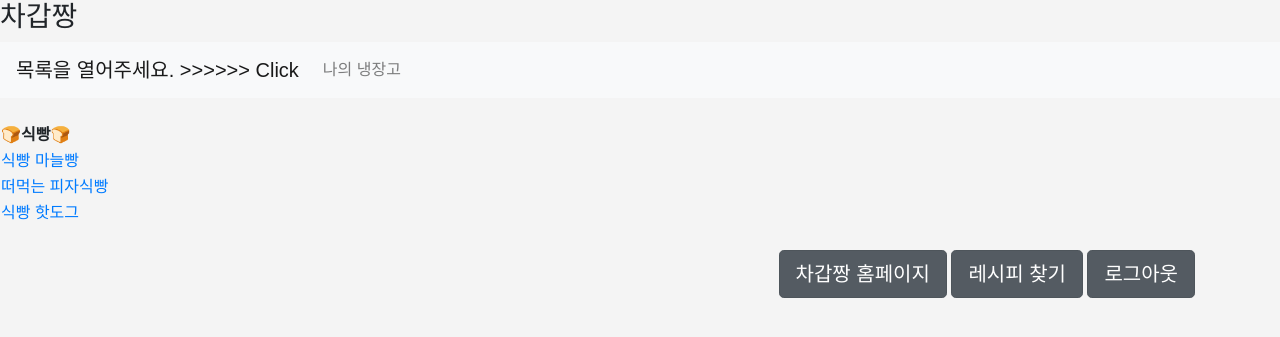
Repository: yousunning/coldzzang-miniproject
Page: http://localhost/cold/WEB-INF/views/bread.jsp
An editor plug-in stored every save of this project. The page is shown before and after the next save, followed by the edit.
The browser window is 1280 px wide. The pictures show the whole page.
The page is served by Tomcat 9. Nobody is signed in. Other server files are loaded and not shown. The template is opened directly, without the code that normally fills it, so the values that code supplies are empty.

Above is the page before, as saved 2024-01-24 00:30:25.

### cold/src/main/webapp/WEB-INF/views/bread.jsp
<%@ page language="java" contentType="text/html; charset=UTF-8"
    pageEncoding="UTF-8"%>
<!DOCTYPE html>

<html>
<head>
    <title>차갑짱 레시피</title>
    <meta name="viewport" content="width=device-width, initial-scale=1">
    <!-- Bootstrap CSS -->
    <link href="https://stackpath.bootstrapcdn.com/bootstrap/4.3.1/css/bootstrap.min.css" rel="stylesheet">
 <style>

        body {
            background-color: #f4f4f4;
            font-family: 'Arial', sans-serif;
        }
  </style>
</head>
<body>
    <h3>차갑짱</h3>
    <nav class="navbar navbar-expand-lg navbar-light bg-light">
        <a class="navbar-brand" href="/food/List/login">목록을 열어주세요. >>>>>> Click</a>
        <button class="navbar-toggler" type="button" data-toggle="collapse" data-target="#navbarNav" aria-controls="navbarNav" aria-expanded="false" aria-label="Toggle navigation">
            <span class="navbar-toggler-icon"></span>
        </button>
        <div class="collapse navbar-collapse" id="navbarNav">
            <ul class="navbar-nav">
                <li class="nav-item">
                    <a class="nav-link" href="/food/List/myRefrigerator">나의 냉장고</a>
                </li>
            </ul>
        </div>
    </nav>

    </div>
    <br>
   <table>
  <!-- Meat Dishes Section -->
  <tr>
    <th>🍞식빵🍞</th>
  </tr>
  <tr>
  <td><a href ="https://www.10000recipe.com/recipe/6833972" role="button" aria-pressed="ture">식빵 마늘빵</a></td>
  </tr>
  <tr>
  <td><a href ="https://www.10000recipe.com/recipe/6882613" role="button" aria-pressed="ture">떠먹는 피자식빵</a></td>
  </tr>
  <tr>
  <td><a href ="https://www.10000recipe.com/recipe/6857983" role="button" aria-pressed="ture">식빵 핫도그</a></td>
  </tr>
</table>

    <!-- 메인 컨텐츠 -->
    <div class="container mt-4" style="text-align:right;">
    <!-- 링크를 버튼처럼 스타일링 -->
    <a href="/food/List/homepage" class="btn btn-secondary btn-lg active" role="button" aria-pressed="true">차갑짱 홈페이지</a>
    <a href="/food/List/recipe" class="btn btn-secondary btn-lg active" role="button" aria-pressed="true">레시피 찾기</a>
    <a href="/food/List/login" class="btn btn-secondary btn-lg active" role="button" aria-pressed="true">로그아웃</a>
</div>
    <!-- jQuery, Popper.js, Bootstrap JS -->
    <script src="https://code.jquery.com/jquery-3.3.1.slim.min.js"></script>
    <script src="https://cdnjs.cloudflare.com/ajax/libs/popper.js/1.14.7/umd/popper.min.js"></script>
    <script src="https://stackpath.bootstrapcdn.com/bootstrap/4.3.1/js/bootstrap.min.js"></script>
</body>
</html>

After the next save:
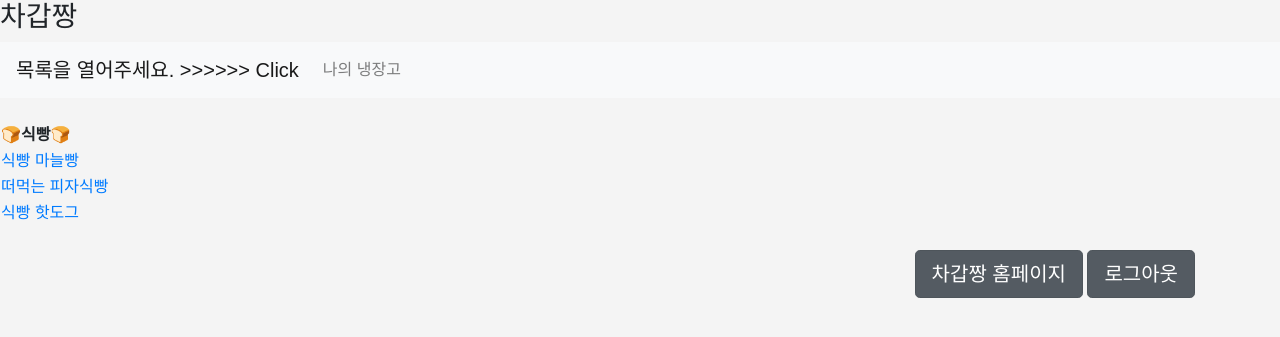
Saved 10 s later.
--- a/cold/src/main/webapp/WEB-INF/views/bread.jsp
+++ b/cold/src/main/webapp/WEB-INF/views/bread.jsp
@@ -54,7 +54,6 @@
     <div class="container mt-4" style="text-align:right;">
     <!-- 링크를 버튼처럼 스타일링 -->
     <a href="/food/List/homepage" class="btn btn-secondary btn-lg active" role="button" aria-pressed="true">차갑짱 홈페이지</a>
-    <a href="/food/List/recipe" class="btn btn-secondary btn-lg active" role="button" aria-pressed="true">레시피 찾기</a>
     <a href="/food/List/login" class="btn btn-secondary btn-lg active" role="button" aria-pressed="true">로그아웃</a>
 </div>
     <!-- jQuery, Popper.js, Bootstrap JS -->
